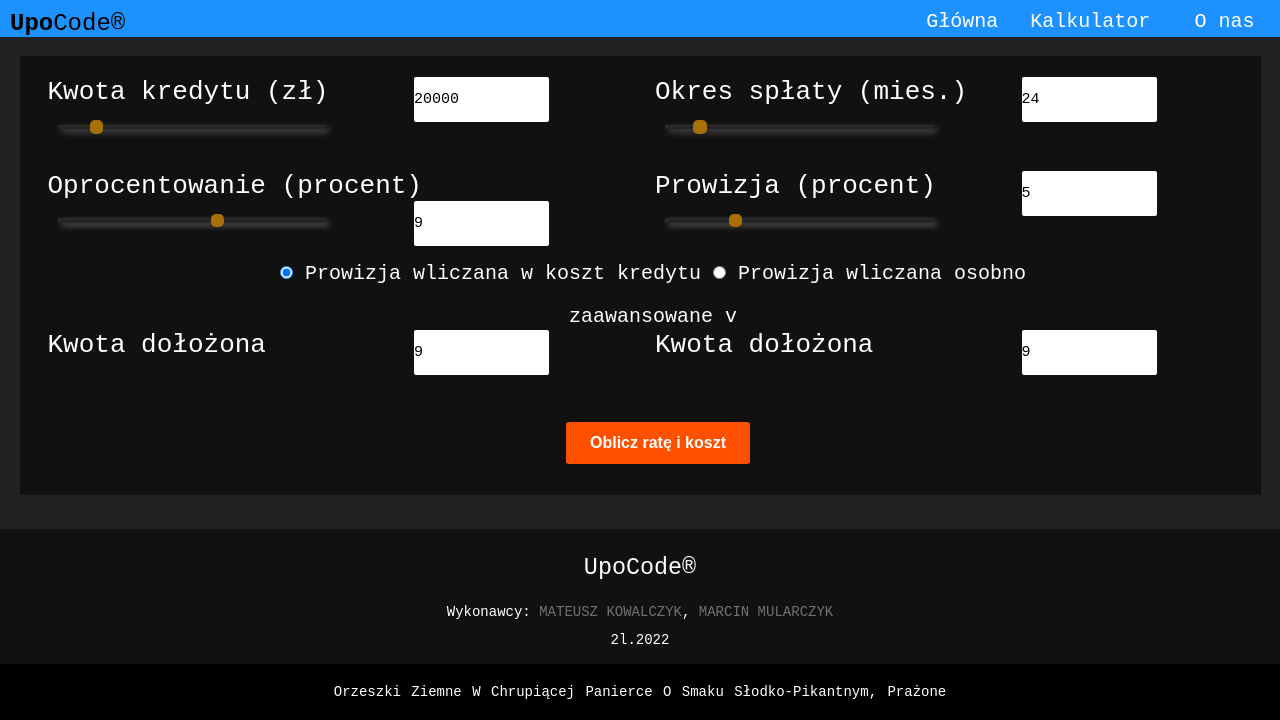
Repository: Klemingway/egzamin
Page: kalkulator.html
An editor plug-in stored every save of this project. The page is shown before and after the next save, followed by the edit.
The browser window is 1280 px wide. The pictures show the whole page.

Above is the page before, as saved 2023-01-25 12:10:34.

### kalkulator.html
<!DOCTYPE html>
<html lang="pl">

<head>
    <meta charset="UTF-8">
    <meta http-equiv="X-UA-Compatible" content="IE=edge">
    <meta name="viewport" content="width=device-width, initial-scale=1.0">
    <link rel="stylesheet" href="style/styl.css">
    <link rel="shortcut icon" href="img/ikonna.png" type="image/x-icon">
    <script src="js/script.js"></script>
    <title>Bankowy</title>
</head>
<header>

    <div id="hod">
        <a style="text-decoration: none;color: white;" href="index.html">Główna</a>
        <a style="text-decoration: none;color: white;" href="kalkulator.html">Kalkulator</a> &puncsp;
        <div id="hod1"><a style="text-decoration: none; color: white;" href="bl.html">O nas</a></div>
    </div>
    <div id="hzd">
        <b>Upo</b>Code®
    </div>
</header>

<div id="gl">

    <div id="d1" class="d">
        Kwota kredytu (zł)
        <input type="text" name="kwota" pattern="[0-9]" id="kwota" class="wej" value="20000" onchange="document.getElementById('r1').value = this.value/1000"><br>
        <input type="range" min="1" max="150" value="20" id="r1" class="slider" oninput="document.getElementById('kwota').value = this.value*1000; ">
    </div>

    <div id="d2" class="d">
        Okres spłaty (mies.)
        <input type="text" name="splata" pattern="[0-9]" id="splata" class="wej" value="24" onchange="document.getElementById('r2').value = this.value"><br>
        <input type="range" min="12" max="120" value="24" id="r2" class="slider" oninput="document.getElementById('splata').value = this.value;">
    </div>


    <div id="d3" class="d">
        Oprocentowanie (procent)
        <input type="text" name="splata" pattern="[0-9]" id="oproc" class="wej" value="9" onchange="document.getElementById('r3').value = this.value*100"><br>
        <input type="range" min="1" max="1500" value="900" id="r3" class="slider" oninput="document.getElementById('oproc').value = this.value/100;">
    </div>

    <div id="d4" class="d">
        Prowizja (procent)
        <input type="text" name="prowiz" pattern="[0-9]" id="prowiz" class="wej" value="5" onchange="document.getElementById('r4').value = this.value"><br>
        <input type="range" min="0" max="20" value="5" id="r4" class="slider" oninput="document.getElementById('prowiz').value = this.value;">
    </div>

    <div id="d5" class="dradio">
        <label>
        <input type="radio" checked name="choice" value="wariant1" class="radio"> Prowizja wliczana w koszt kredytu
        </label>
        <label>
            <input type="radio" name="choice" value="wariant2" class="radio">
            Prowizja wliczana osobno
        </label>
    </div>
    <br>
    <div id="d6">
        <a onclick="zaawansowane()" style="margin-bottom: 100px;">zaawansowane v</a>
    </div>
    <div id="d8" class="d">
        Kwota dołożona
        <input type="text" name="kwotadodana" pattern="[0-9]" id="kwotadodana" class="wej" value="9">
    </div>
    <div id="d9" class="d">
        Kwota dołożona
        <input type="text" name="kwotadodana" pattern="[0-9]" id="kwotadodana" class="wej" value="9">
    </div>
    <div id="d7">
        <input type="button" id="guzik" value="Oblicz ratę i koszt" onclick="test()">
    </div>

</div>
<!-- <div id="wyniki">

</div> -->



<footer>
    <div id="zawfoot">
        <h3>UpoCode®</h3>
        <p>Wykonawcy: <span>Mateusz Kowalczyk</span>, <span>Marcin Mularczyk</span><br>2l.2022</p>

    </div>
    <div class="dol">
        <p>Orzeszki ziemne w chrupiącej panierce o smaku słodko-pikantnym, prażone

        </p>
    </div>
</footer>

</body>

</html>

### style/styl.css
html,
body {
    padding: 0;
    margin: 0;
    font-family: monospace;
    background-color: #222222;
    overflow-x: hidden;
    min-height: 100%;
}

body::-webkit-scrollbar {
    width: 0.6em;
}

body::-webkit-scrollbar-track {
    -webkit-box-shadow: inset 0 0 6px rgba(0, 0, 0, 0.3);
}

body::-webkit-scrollbar-thumb {
    background-color: rgb(255, 136, 0);
}

body::-webkit-scrollbar-thumb:hover {
    background: rgba(255, 136, 0, 0.582);
}


/* header */

header {
    z-index: 5;
    text-decoration: none;
    padding-top: 0.5em;
    position: sticky;
    top: 0;
    height: 5vh;
    background-color: #1d92ff;
    width: 100vw;
    font-size: 20px;
}

#hzd {
    font-size: 1.2em;
    padding-left: 10px;
    background-color: #1d92ff;
}

#hod {
    float: right;
    word-spacing: 20px;
    margin-right: 2vw;
}

#hod1 {
    float: right;
    word-spacing: 0px;
}

#fw {
    position: relative;
    margin-top: 20px;
}


/* koniec headera */

#gl {
    padding-top: 1.5em;
    padding-left: 2em;
    padding-bottom: 2em;
    justify-content: center;
    background-color: #111111;
    color: white;
    margin: 1.5em;
    min-height: 20vh;
}


/* #d1 {
    background-color: aqua;
}

#d2 {
    background-color: brown;
}

#d3 {
    background-color: olive;
}

#d4 {
    background-color: orangered;
} */

#gll {
    background-color: #ff5000;
    width: 100%;
    height: auto;
    border: #ff5000 1px solid;
}

.dradio {
    font-size: 20px;
    padding-top: 5px;
    width: 100%;
    text-align: center;
    /* background-color: gold; */
}

#d6 {
    font-size: 20px;
    padding-top: 5px;
    width: 100%;
    text-align: center;
    /* background-color: rgb(0, 255, 115); */
}

#d7 {
    margin: 5px;
    display: flex;
    width: 100%;
    justify-content: center;
}

.d {
    word-wrap: break-word;
    font-size: 2em;
    padding: 2px;
    width: 50%;
    float: left;
    min-height: 13vh;
    padding-right: 4em;
}

#wyniki {
    min-height: 25em;
    margin-bottom: 3em;
}


/* wejscia wyjscia */

.wej {
    float: right;
    border-radius: 2px;
    outline: none;
    border: none;
    font-family: monospace;
    height: 3em;
    width: 9em;
    font-size: 15px;
}

.slider {
    margin: 10px;
    -webkit-appearance: none;
    outline: none;
    border-radius: 3px;
    height: 0.6vh;
    width: 21vw;
    background-color: rgb(37, 37, 37);
    box-shadow: 3px 3px 6px rgb(89, 88, 92), inset 1px 1px 1px #313131;
}

.slider::-webkit-slider-thumb {
    -webkit-appearance: none;
    width: 1em;
    height: 1em;
    cursor: pointer;
    background-color: rgb(168, 111, 5);
    overflow: visible;
    border-radius: 5px;
}

#guzik {
    display: inline-block;
    outline: none;
    cursor: pointer;
    font-weight: 600;
    border-radius: 3px;
    padding: 12px 24px;
    border: 0;
    color: #fff;
    background: #ff5000;
    line-height: 1.15;
    font-size: 16px;
}

#guzik:hover {
    transition: all .1s ease;
    box-shadow: 0 0 0 0 #fff, 0 0 0 3px #1d92ff;
}


/* footer */

footer {
    position: absolute;
    bottom: 0;
    width: 100%;
    left: 0;
    right: 0;
    background: #111;
    height: auto;
    width: 100vW;
    font-family: monospace;
    padding-top: 20px;
    color: white;
}

#zawfoot {
    display: flex;
    align-items: center;
    justify-content: center;
    flex-direction: column;
    text-align: center;
}

#zawfoot h3 {
    font-size: 1.8rem;
    font-weight: 400;
    text-transform: capitalize;
    line-height: 3rem;
}

#zawfoot p {
    max-width: 500px;
    margin: 10px auto;
    line-height: 28px;
    font-size: 14px;
}

* {
    margin: 0;
    padding: 0;
    box-sizing: border-box;
}

.dol {
    background: #000;
    width: 100vw;
    padding: 20px 0;
    text-align: center;
}

.dol p {
    font-size: 14px;
    word-spacing: 2px;
    text-transform: capitalize;
}

#zawfoot span {
    text-transform: uppercase;
    opacity: .4;
    font-weight: 200;
}


/* koniec footera */

@media (max-width: 650px) {
    .d {
        padding-right: 1em;
        width: 100%;
        padding-bottom: 0;
        margin-bottom: 1.5em;
    }
    .slider {
        width: 100%;
    }
    .wej {
        width: 100%;
    }
    #gl {
        padding: 1em;
    }
    footer {
        position: relative;
    }
    #d5 {
        text-align: center;
    }
}

### js/script.js




function zaokrongl(variable) {
    return Math.round(variable * 100) / 100;
}
document.addEventListener('mouseup', function(e) {
    if(e.target.id == "dwd"){
        zamknij();
    }
    else if(e.target.id == "dwd2"){
        zamknij1();
    }
});
function tableCreate2(splata, k, oprocentowanie, kwota, rata, prowizja, kwota_dodana) {
    console.log("kwota: " + kwota);
    //tu sie dzieje magia sztańska i wgl ale no uwu
    var a = document.getElementById("wyniki2");
    // czyszczenie diva
    a.innerHTML = '';
    //ustawiamy sobie stałą
    const wyniki = document.a,
    // do tej stałej tworzymy element div
    div = document.createElement('div');
    // ustawiamy id diva jako tabela
    div.setAttribute("id", "tabela");
    //tworzymy tabele
    tbl = document.createElement('table');
    // dopisujemy tabele do diva
    div.appendChild(tbl);
    tbl.style.width = '110px';
    tbl.style.border = '1px solid black';

    var odsetki = 0,   suma_odsetek = 0,    suma = 0;
    var kapital = 0,   suma = 0,            kwota_kredytu=0;

    var element1 = document.getElementById('advanced2');
    var choice2 = document.getElementsByName('choice2');
    if(element1!==null && choice2[1].checked==true){
        kwota_kredytu= kwota - kwota_dodana;
        console.log("kwota+kredytu: " + kwota_kredytu)
    }
    else{
        kwota_kredytu = kwota;
        console.log("kwota+kredytu: " + kwota_kredytu)
    }
    // prosta pętla myśle że nic nie trzeba tłumaczyć
    loop1:
    for (let i = 0; i <= splata; i++) {
        const tr = tbl.insertRow();
        loop2:
        for (let j = 0; j < 4; j++) {
            odsetki = (oprocentowanie / k) * kwota_kredytu;


            kapital = rata - odsetki;
            const td = tr.insertCell();
            if (i == 0 && j == 0) {
                td.appendChild(document.createTextNode("L.p."));
                td.style.fontSize = '20px';
            } else if (i == 0 && j == 1) {
                td.appendChild(document.createTextNode("Odsetki"));
                td.style.fontSize = '20px';
            } else if (i == 0 && j == 2) {
                td.appendChild(document.createTextNode("Kapitał"));
                td.style.fontSize = '20px';
            } else if (i == 0 && j == 3) {
                td.appendChild(document.createTextNode("Wysokość raty"));
                td.style.fontSize = '20px';
            }
            if (j == 0 && i != 0) {
                if(kapital>=rata){
                    break loop1;
                }
                td.appendChild(document.createTextNode(i));
            } else if (j == 1 && i != 0) {
                suma_odsetek += odsetki;
                td.appendChild(document.createTextNode(zaokrongl(odsetki)));
            } else if (j == 2 && i != 0) {
                kwota_kredytu -= kapital;
                td.appendChild(document.createTextNode(zaokrongl(kapital)));
            } else if (j == 3 && i != 0) {
                suma += rata;
                td.appendChild(document.createTextNode(rata));
            }
            td.style.border = '1px solid black';

        }
    }
    console.log("Suma: "+suma)
    console.log("Suma odsetek: "+suma_odsetek)
    a.appendChild(div);
}
function obliczanie(I,N,oprocentowanie,choice,n,zaplata,prowizja,suma,k,kwota_dodana){
    var choice2 = document.getElementsByName('choice2');

        // jeżeli wybrane żeby Prowizja wliczana w koszt kredytu to wtedy to się liczy
        if (choice[0].checked == true) {
            prowizja = (document.getElementById("prowiz").value) / 100;

            prowizja = prowizja * N;
            // doliczamy prowizję do kwoty kredytu
            N = N * 1 + prowizja;

            // jeżeli okres spłaty wynosi mniej niż 12 miesięcy to analogicznie w roku
            // zapłacimy równowartość tego okresu bo w roku mamy max 12 rat
            k = 12;
            if (n < 12) {
                k = n;
            }
            for (var i = 1; i <= n; i++) {
                // no to tutaj przepisany wzór z matematycznego na kodowanie
                suma += Math.pow((1 + (oprocentowanie / k)), -i);
            }
            // tutaj jest licznik podzielony przez mianownik
            I = N / suma;
            // mnożymy naszą ratę razy ilość rat aby otrzymać ile będziemy musieli oddać bankowi
            zaplata = I * n;
            console.log("N: " + N)

            tableCreate2(n, k, oprocentowanie, N, zaokrongl(I), prowizja,kwota_dodana)
            document.getElementById("wyniki").innerHTML = "Wysokość raty: " + zaokrongl(I) + "<br>" +
                "Całkowita kwota do spłaty: " + zaokrongl(zaplata);

        // jeżeli wybrane żeby Prowizja wliczana osobno to wtedy to się liczy
        } else if (choice[1].checked == true) {
            prowizja = (document.getElementById("prowiz").value) / 100;
            prowizja = prowizja * N;
            // jeżeli okres spłaty wynosi mniej niż 12 miesięcy to analogicznie w roku zapłacimy równowartość tego okresu bo w roku mamy max 12 rat
            k = 12;
            if (n < 12) {
                k = n;
            }
            for (var i = 1; i <= n; i++) {
                // no to tutaj przepisany wzór z matematycznego na kodowanie
                suma += Math.pow((1 + (oprocentowanie / k)), -i);
            }
            // tutaj jest licznik podzielony przez mianownik
            I = N / suma;
            // mnożymy naszą ratę razy ilość rat aby otrzymać ile będziemy musieli oddać bankowi
            zaplata = I * n;
            // doliczamy prowizję po wszystkich obliczeniach
            zaplata = zaplata + prowizja;
            console.log("N: " + N)
            tableCreate2(n, k, oprocentowanie, N, zaokrongl(I), prowizja,kwota_dodana)
            document.getElementById("wyniki").innerHTML = "Wysokość raty: " + zaokrongl(I) + "<br>" +
                "Całkowita kwota do spłaty: " + zaokrongl(zaplata);
        }
        else{
            console.log("wda")
        }
        document.getElementById("dwd").style.backdropFilter = "blur(7px)";
        document.getElementById("wyniki").innerHTML += "<br><input type=\"button\" id='guzior1' onclick=\"pokaz()\" value=\"pokaż harmonogram rat\">";

}
function test() {
    document.getElementById("wyniki").style.visibility = "visible"; // a to to nwm pan mularczyk robił
    var I, N, oprocentowanie, k, n, suma = 0, zaplata, prowizja = 0;

    N = document.getElementById("kwota").value; // kwota kredytu
    oprocentowanie = document.getElementById("oproc").value/100; // oprocentowanie kredytu
    n = document.getElementById("splata").value; // okres splaty

    var choice = document.getElementsByName('choice');

    //////////////////////////////////////
    //                                  //
    // sprawdzenie czy jest rozwinięte  //
    //                                  //
    //////////////////////////////////////

    var element1 = document.getElementById('advanced2');
    var element2 = document.getElementById('advanced2');
    if(element1 !== null  && element2 !== null){
        var kwota_dodana = document.getElementById("kwotaDodana").value;
        var choice2 = document.getElementsByName('choice2'); // zaawansowane
        if(choice2[0].checked == true){
            console.log(kwota_dodana + "  " + "tyle samo rat ale mniejsza cena")
            //////////////////////////////////////////
            //                                      //
            //    tyle samo rat ale mniejsza cena   //
            //                                      //
            //////////////////////////////////////////
            N -= kwota_dodana;
            console.log("Nigger: " + N)
            obliczanie(I,N,oprocentowanie,choice,n,zaplata,prowizja,suma,k,kwota_dodana);

        }
        if(choice2[1].checked == true){
            console.log(kwota_dodana + "  " + "Mniej rat, po tej samej cenie raty")
            //////////////////////////////////////////
            //                                      //
            //  Mniej rat, po tej samej cenie raty  //
            //                                      //
            //////////////////////////////////////////


            obliczanie(I,N,oprocentowanie,choice,n,zaplata,prowizja,suma,k,kwota_dodana);
        }


    }
    else{
        obliczanie(I,N,oprocentowanie,choice,n,zaplata,prowizja,suma,k);
    }

}

function pokaz() {
    document.getElementById("dwd").style.visibility = "visible";
}

function zamknij() {
    document.getElementById("dwd").style.visibility = "hidden";
}
function pokaz1() {
    document.getElementById("dwd2").style.backdropFilter = "blur(7px)";
    document.getElementById("dwd2").style.visibility = "visible";
}

function zamknij1() {
    document.getElementById("dwd2").style.visibility = "hidden";
}

function zaawansowane(){
    var element = document.getElementById('advanced2');
    if(element === null){
        var a = document.getElementById("tabelka");
        const wyniki = document.a,
        /////////////////////////////////////////
        //                                     //
        //          input text kwata           //
        //                                     //
        /////////////////////////////////////////
        trA = document.createElement('tr');
        trA.setAttribute("id","advancedText");
        trA.setAttribute('style','position:relative; padding-top:200px; height:40px;')


        tdA = document.createElement('td');
        tdB = document.createElement('td');

        inputA = document.createElement('input');
        inputA.setAttribute('type','text');
        inputA.setAttribute('id','kwotaDodana');

        tdA.innerHTML += "Kwota dołożona";
        tdB.appendChild(inputA);
        trA.appendChild(tdA);
        trA.appendChild(tdB);
        a.appendChild(trA);

        tdA = document.createElement('td');
        tdB = document.createElement('td');

        inputA = document.createElement('input');
        inputA.setAttribute('type','text');
        inputA.setAttribute('id','ubezpieczenie');

        tdA.innerHTML += "Ubezpieczenie";
        tdB.appendChild(inputA);
        trA.appendChild(tdA);
        trA.appendChild(tdB);

        //a.appendChild(trB);
        a.appendChild(trA);

        /////////////////////////////////////////
        //                                     //
        //            inputy radio             //
        //                                     //
        /////////////////////////////////////////

        tr2 = document.createElement('tr');
        tr2.setAttribute("id", "advanced2");
        td1 = document.createElement('td');
        td1.setAttribute("colspan", "2");
        td1.setAttribute('style','text-align:center;');
        //style="text-align: center;"
        br = document.createElement('br');

        label1 = document.createElement('label');
        input1 = document.createElement('input');
        input1.setAttribute('type','radio');
        input1.setAttribute('name','choice2');
        input1.setAttribute('class','radio');
        input1.setAttribute('value','rat_mniej');

        label1.appendChild(input1);
        label1.innerHTML += ' Raty pozostają takie same, ale mniej';

        td2 = document.createElement('td');
        td2.setAttribute("colspan", "2");
        td2.setAttribute('style','text-align:center;');
        label2 = document.createElement('label');
        input2 = document.createElement('input');
        input2.setAttribute('type','radio');
        input2.setAttribute('name','choice2');
        input2.setAttribute('class','radio');
        input2.setAttribute('value','rat_tyle_samo');


        label2.appendChild(input2);
        label2.innerHTML += ' Mniejsza rata na taki sam okres czasu';


        td1.appendChild(br);
        td1.appendChild(label1);

        td2.appendChild(br);
        td2.appendChild(label2);

        tr2.appendChild(td2);
        tr2.appendChild(td1);

        a.appendChild(tr2);

        clicked = false;
    }
    else{
        var elem = document.getElementById("advanced2");
        elem.parentNode.removeChild(elem);
        elem = document.getElementById("advancedText");
        elem.parentNode.removeChild(elem);
    }
}

After the next save:
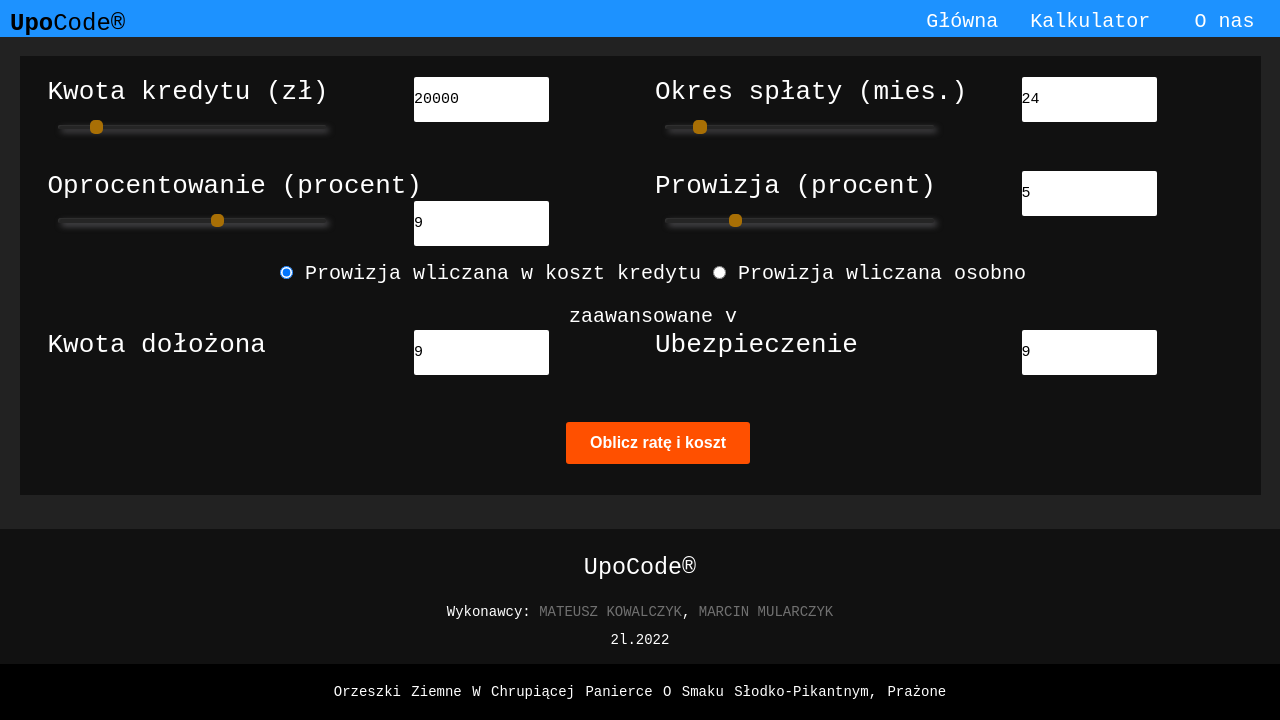
Saved 27 s later.
--- a/kalkulator.html
+++ b/kalkulator.html
@@ -67,8 +67,8 @@
         <input type="text" name="kwotadodana" pattern="[0-9]" id="kwotadodana" class="wej" value="9">
     </div>
     <div id="d9" class="d">
-        Kwota dołożona
-        <input type="text" name="kwotadodana" pattern="[0-9]" id="kwotadodana" class="wej" value="9">
+        Ubezpieczenie
+        <input type="text" name="ubezpieczenie" pattern="[0-9]" id="ubezpieczenie" class="wej" value="9">
     </div>
     <div id="d7">
         <input type="button" id="guzik" value="Oblicz ratę i koszt" onclick="test()">
